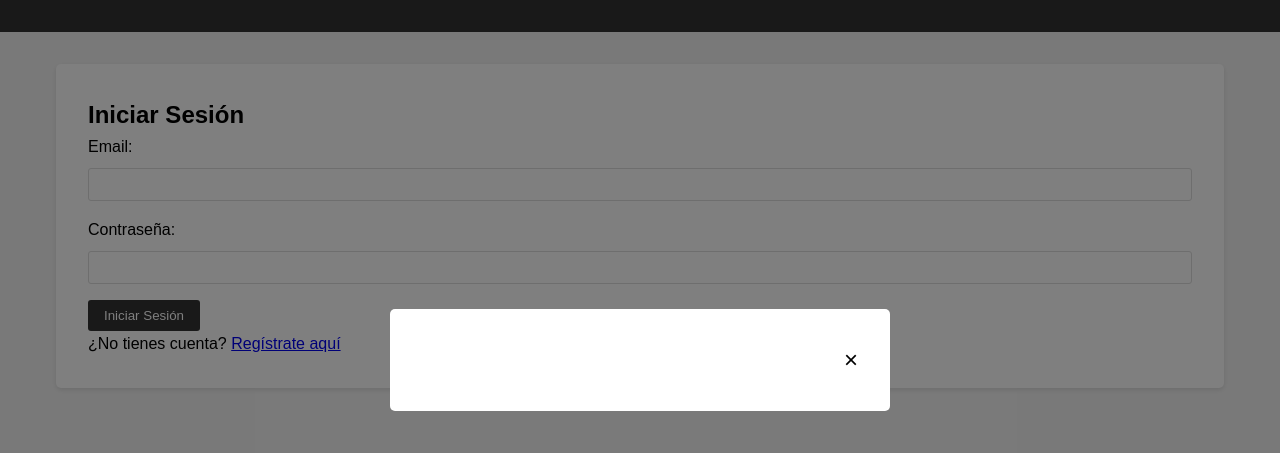
Repository: JoanOrobio77/BikeStore_Backend
Page: src/frontend/html/index.html
The author's editor kept a copy of each file at every save. The page is drawn from the files as they stood at one save, then again after the next save.
The browser window is 1280 px wide. The pictures show the whole page.
The page's requests for data from a server got no answer.

Above is the page before, as saved 2025-04-06 20:35:46.

After the next save:
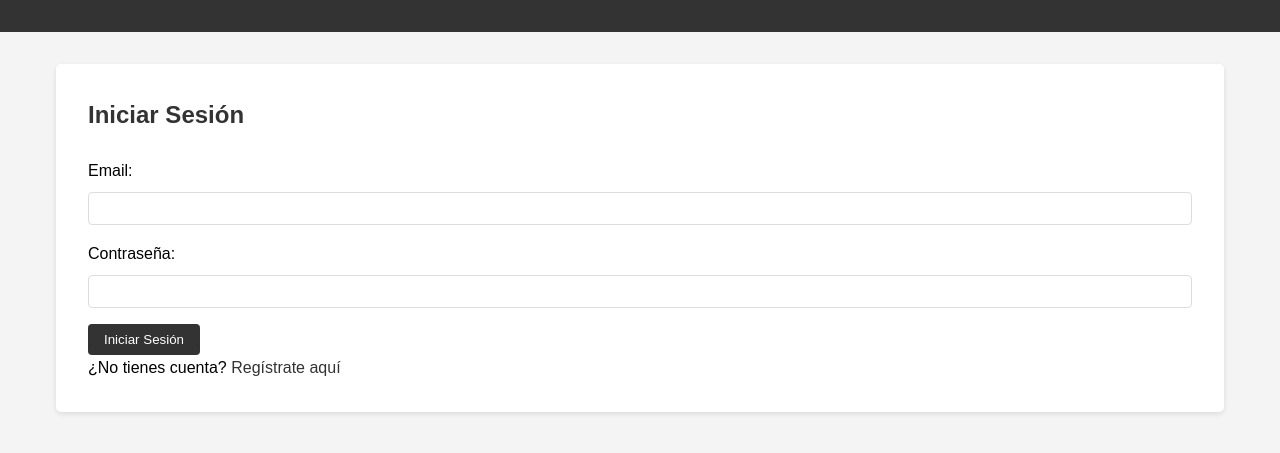
Saved 2 min 40 s later.
--- a/src/frontend/css/styles.css
+++ b/src/frontend/css/styles.css
@@ -14,7 +14,7 @@
 /* Header y navegación */
 header {
     background-color: #333;
-    color: white;
+    color: #fff;
     padding: 1rem;
 }
 
@@ -37,16 +37,25 @@
 }
 
 .nav-links li {
-    margin: 0 1rem;
+    margin-left: 1rem;
 }
 
 .nav-links a {
-    color: white;
+    color: #fff;
     text-decoration: none;
 }
 
 .nav-links a:hover {
     color: #ddd;
+}
+
+.user-info {
+    display: flex;
+    align-items: center;
+}
+
+.user-info span {
+    margin-right: 1rem;
 }
 
 /* Contenido principal */
@@ -57,14 +66,15 @@
 }
 
 section {
-    background-color: white;
+    background-color: #fff;
     padding: 2rem;
     border-radius: 5px;
-    box-shadow: 0 2px 5px rgba(0,0,0,0.1);
+    box-shadow: 0 2px 5px rgba(0, 0, 0, 0.1);
 }
 
-.hidden {
-    display: none;
+h2 {
+    margin-bottom: 1.5rem;
+    color: #333;
 }
 
 /* Formularios */
@@ -77,59 +87,24 @@
     margin-bottom: 0.5rem;
 }
 
-input {
+input, select, textarea {
     width: 100%;
     padding: 0.5rem;
     border: 1px solid #ddd;
-    border-radius: 3px;
+    border-radius: 4px;
 }
 
 button {
     background-color: #333;
-    color: white;
+    color: #fff;
     padding: 0.5rem 1rem;
     border: none;
-    border-radius: 3px;
+    border-radius: 4px;
     cursor: pointer;
 }
 
 button:hover {
-    background-color: #444;
-}
-
-/* Listas */
-.list-item {
-    border: 1px solid #ddd;
-    padding: 1rem;
-    margin-bottom: 1rem;
-    border-radius: 3px;
-}
-
-/* Modal */
-.modal {
-    position: fixed;
-    top: 0;
-    left: 0;
-    width: 100%;
-    height: 100%;
-    background-color: rgba(0,0,0,0.5);
-    display: flex;
-    justify-content: center;
-    align-items: center;
-}
-
-.modal-content {
-    background-color: white;
-    padding: 2rem;
-    border-radius: 5px;
-    width: 90%;
-    max-width: 500px;
-}
-
-.close {
-    float: right;
-    cursor: pointer;
-    font-size: 1.5rem;
+    background-color: #555;
 }
 
 /* Tablas */
@@ -140,13 +115,66 @@
 }
 
 th, td {
-    padding: 0.5rem;
+    padding: 0.75rem;
     text-align: left;
     border-bottom: 1px solid #ddd;
 }
 
 th {
     background-color: #f4f4f4;
+}
+
+/* Utilidades */
+.hidden {
+    display: none !important;
+}
+
+/* Modal */
+.modal {
+    position: fixed;
+    top: 0;
+    left: 0;
+    width: 100%;
+    height: 100%;
+    background-color: rgba(0, 0, 0, 0.5);
+    display: none;
+    z-index: 1000;
+}
+
+.modal.show {
+    display: block;
+}
+
+.modal-content {
+    position: absolute;
+    top: 50%;
+    left: 50%;
+    transform: translate(-50%, -50%);
+    background-color: #fff;
+    padding: 2rem;
+    border-radius: 5px;
+    width: 80%;
+    max-width: 500px;
+    max-height: 80vh;
+    overflow-y: auto;
+}
+
+.close {
+    position: absolute;
+    top: 1rem;
+    right: 1rem;
+    font-size: 1.5rem;
+    cursor: pointer;
+}
+
+/* Enlaces */
+a {
+    color: #333;
+    text-decoration: none;
+}
+
+a:hover {
+    text-decoration: underline;
 }
 
 /* Mensajes de error y éxito */
